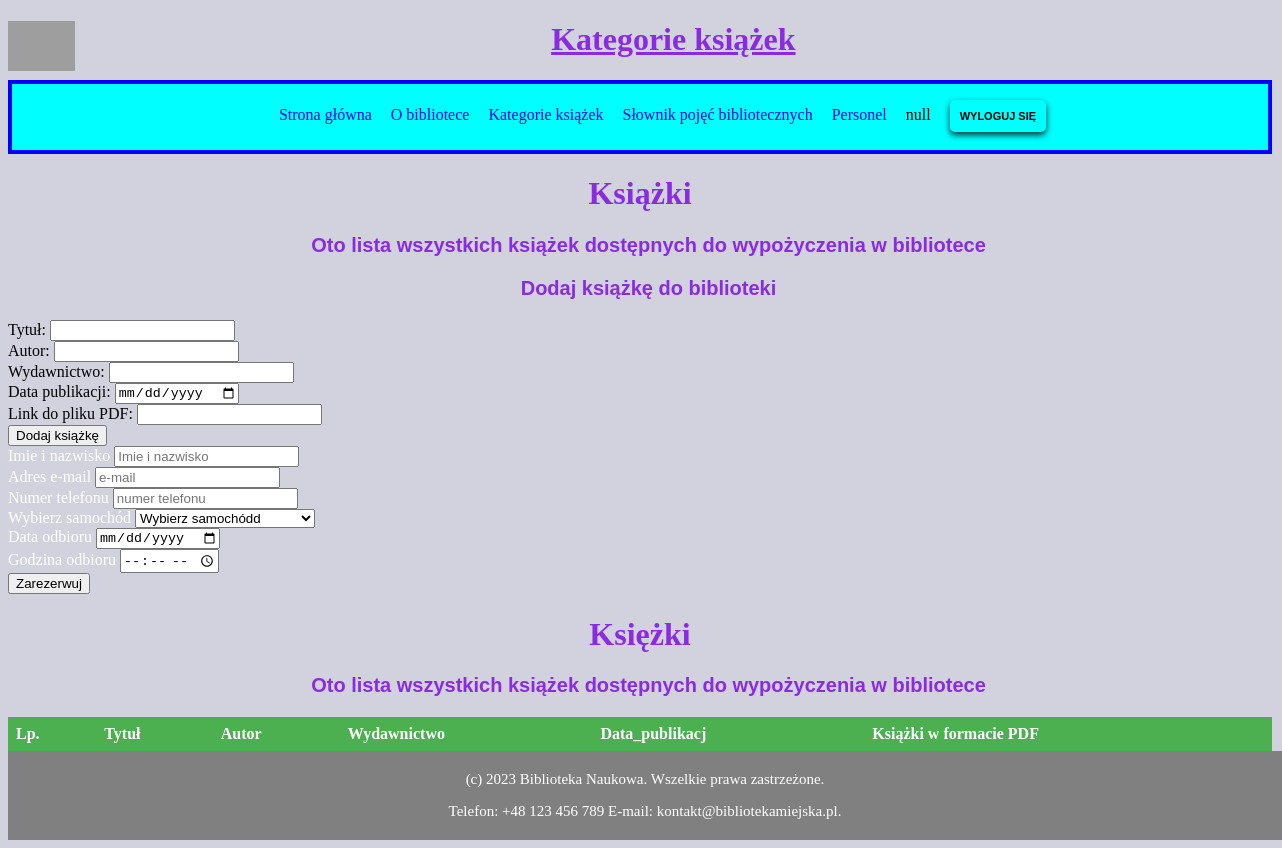
Repository: Dominik098/projekt
Page: http://localhost/biblioteka/C_Kategorie książek.jsp
The author's editor kept a copy of each file at every save. The page is drawn from the files as they stood at one save, then again after the next save.
The browser window is 1280 px wide. The page is 1282 px wide, so the pictures cover 1282 px, including what lies to the right of the window. The pictures show the whole page.
Pictures or frames that could not be fetched are drawn as grey boxes. The page is served by Tomcat 9. Queries for data that is not in the repository find no rows.

Above is the page before, as saved 2023-04-28 08:08:20.

After the next save:
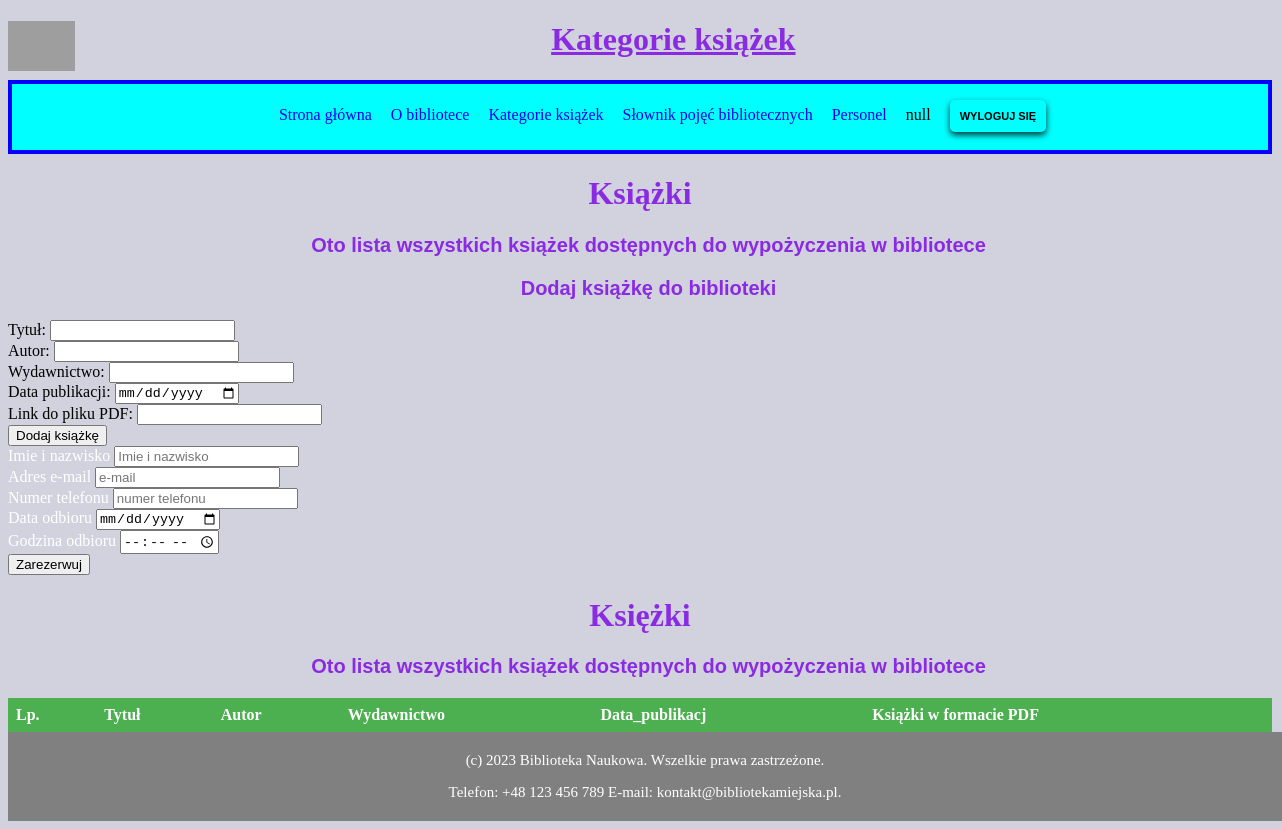
Saved 5 min 30 s later.
--- a/java projekt/biblioteka/src/main/webapp/C_Kategorie książek.jsp
+++ b/java projekt/biblioteka/src/main/webapp/C_Kategorie książek.jsp
@@ -54,7 +54,7 @@
 
 <form method="post" action="dodaj"  accept-charset="UTF-8">
     <label for="tytuł">Tytuł:</label>
-    <input type="text" id="tytul" name="tytuł" required>
+    <input type="text" id="tytuł" name="tytuł" required>
     <br>
     <label for="autor">Autor:</label>
     <input type="text" id="autor" name="autor" required>
@@ -68,7 +68,8 @@
     <label for="pdf_link">Link do pliku PDF:</label>
     <input type="text" id="pdf_link" name="pdf_link" required>
     <br>
-    <input type="submit" value="Dodaj książkę">
+    <button type="submit">Dodaj książkę</button>
+
 </form>
 
 
@@ -93,22 +94,7 @@
 				<label style="color:white; " for="phone">Numer telefonu</label>
 				<input type="tel"placeholder="numer telefonu" id="phone" name="phone" required>
 			</div>
-			<div class="form-group">
-				<label style="color:white; " for="car">Wybierz samochód</label>
-				<select id="car" name="car" required>
-					<option value="">Wybierz samochódd</option>
-					<option value="Audi A4">Audi A4</option>
-					<option value="Volkswagen">Volkswagen Passat Combi</option>
-					<option value="Fabia">Skoda Fabia IV</option>
-					<option value="Toyota Camry">Toyota Camry</option>
-					<option value="Opel Astra">Opel Astra</option>
-					<option value="Skoda Octavia">Skoda Octavia</option>
-					<option value="Skoda Octavia Combi">Skoda Octavia Combi</option>
-					<option value="Toyota RAV4">Toyota RAV4</option>
-					<option value="Fiat 500">Fiat 500</option>
-					<option value="Renault Clio">Renault Clio</option>
-				</select>
-			</div>
+
 			<div class="form-group">
 				<label style="color:white; " for="date">Data odbioru</label>
 				<input type="date" id="date" name="date" required>
